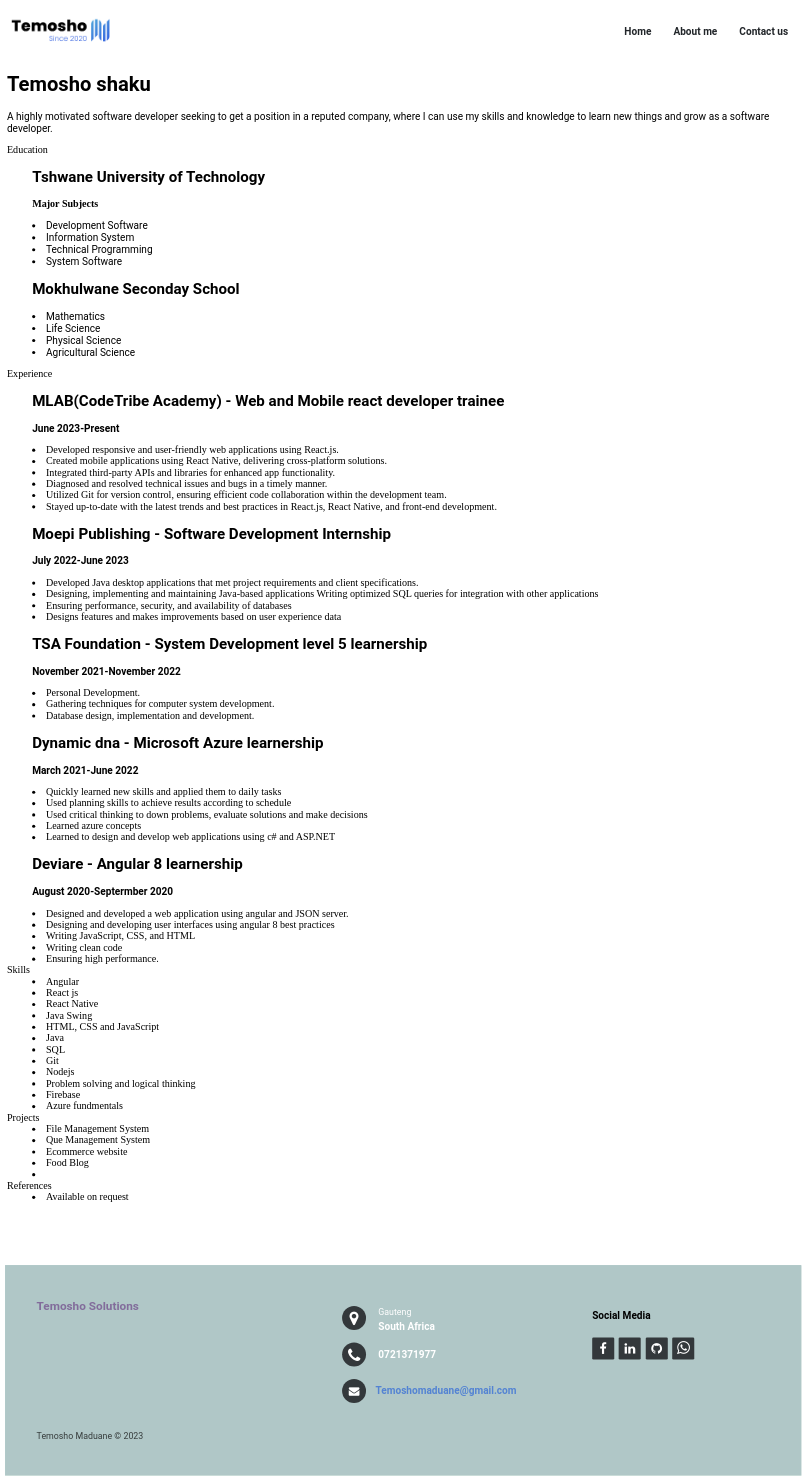
Repository: TemoshoS/T-Shaku
Page: about.html
These files come from the project's save history. The page is drawn as it stood at one moment and after the next save; the edit follows.
The browser window is 1280 px wide. The pictures show the whole page, at 63% of full size.
Pictures or frames that could not be fetched are drawn as grey boxes. Some web libraries are served in a nearby version.

Above is the page before, as saved 2023-09-28 15:31:02.

### about.html
<!DOCTYPE html>
<html>
<head>
    <title>
        about me
    </title>
    <link rel="stylesheet" href="http://maxcdn.bootstrapcdn.com/font-awesome/4.2.0/css/font-awesome.min.css">
    <link href="http://fonts.googleapis.com/css?family=Cookie" rel="stylesheet" type="text/css">
	  <link rel="stylesheet" href="./css/style.css">
    <link rel="stylesheet" href="https://cdnjs.cloudflare.com/ajax/libs/font-awesome/4.7.0/css/font-awesome.min.css">



</head>
<body>
  <header>
    <div>
      <table style="width: 100%;">
        <tr>
          <td>
            <a href="index.html">
              <img src="./images/logo.png" style="height: 50px;" alt="No logo" />
            </a>
          </td>
          <td align="right">
            <nav>
              <!-- Mobile Menu Icon -->
              <div class="menu-icon" onclick="toggleMenu()">
                <div class="bar"></div>
                <div class="bar"></div>
                <div class="bar"></div>
              </div>
              <!-- Navigation Links (Initially Hidden) -->
              <ul class="nav-links">
                <a href="index.html" class="nav-link"><b>Home</b></a>
                <a href="about.html" class="nav-link"><b>About me</b></a>
                <a href="contact.html" class="nav-link"><b>Contact us</b></a>
              </ul>
            </nav>
          </td>
        </tr>
      </table>
    </div>
  </header>



 <main>

  <table style="width: 100%;">
    <tr>
      <td>


        <h1 id="name"><b ></b></h1>

        <p id="bio"></p>


          <div class="clear"></div>

          <dl>
              <dt id="education"></dt>
              <dd>
                  <h2 id="school"></h2>
                  <b id="major"></b>
                  <p id="modules"></p>
              </dd>


              <dd>
                  <h2 id="secondary"></h2>
                  <p id="subjects"></p>
              </dd>


              <dt id="experience"></dt>
              <dd id="experiences"></dd>

              </dd>

              <dt id="skill"></dt>
              <dd id="skills">



              <dt id="project"></dt>
              <dd id="unfinishedprojects">

              </dd>

              <dt id="reference"></dt>
              <dd id="reference1"></dd>


          </dl>



      </div>
      </td>
    </tr>
  </table>
  </main>
  <footer class="footer-distributed">
    <div class="footer-left">

        <h3><span>Temosho Solutions</span></h3>
        <p class="footer-links">
          <iframe src="https://www.google.com/maps/embed?pb=!1m18!1m12!1m3!1d57373.12731923028!2d28.183328280934226!3d-26.00669819115315!2m3!1f0!2f0!3f0!3m2!1i1024!2i768!4f13.1!3m3!1m2!1s0x1e956bed9ab01b69%3A0xc853e498933bab2e!2sTembisa%2C%201632!5e0!3m2!1sen!2sza!4v1676883111483!5m2!1sen!2sza"  width="300" height="150" style="border:0;" allowfullscreen="" loping="lazy"></iframe>


        </p>


        <p class="footer-portfolio-name">Temosho Maduane &copy; 2023</p>
    </div>

    <div class="footer-center">

        <div>
            <i class="fa fa-map-marker"></i>
            <p><span>Gauteng</span>South Africa</p>
        </div>
        <div>
            <i class="fa fa-phone"></i>
            <p>0721371977</p>
        </p>

        </div>
        <div>

            <p><a href="temoshomaduane@gmail.com"><i class="fa fa-envelope"></i>Temoshomaduane@gmail.com</a>
            </p>
        </div>
    </div>

    <div class="footer-right">
            <p >
                Social Media
            </p>

            <div class="footer-icons">
                <a href="https://m.facebook.com/temosho.shaku"><i class="fa fa-facebook"></i></a>
                <a href="https://www.linkedin.com/mwlite/in/temosho-shaku-a2598917b"><i class="fa fa-linkedin"></i></a>
                <a href="https://github.com/TemoshoS"><i class="fa fa-github"></i></a>
                <a href="https://api.whatsapp.com/send?phone=27721371977">
                  <i style="font-size:24px" class="fa">&#xf232;</i>
              </a>


            </div>

    </div>
</footer>
<script src="./javascript/about.js"></script>
</body>
</html>

### css/style.css
/*Navigation bar*/
.nav-link {
	text-decoration: none;
	display: inline-block;
	padding: 13px 13px;
	color: #212529;
	margin-right: 5px;
  }

  .nav-link:hover {
	text-decoration:none;
	border-bottom: 2px solid #84e7ee;
  }


@import url("https://fonts.googleapis.com/css2?family=Roboto:wght@100&display=swap");
h1,
h2,
h3,
h4,
h5,
h6,
p,
a,
label,
address,
input {
	font-family: "Roboto", sans-serif;
}

/* CSS for Mobile Menu Icon */
.menu-icon {
    display: none; /* Initially hidden */
    cursor: pointer;
}

.menu-icon .bar {
    width: 25px;
    height: 3px;
    background-color: #212529;
    margin: 4px 0;
}

/* Add this to your style.css file */

.name{
font-family:Apple Chancery, cursive;
}

.description{
font-family:Courier New, monospace;
}
.img-profile {
    border-radius: 150px;
    object-fit: cover;
    border: 2px solid rgb(166, 233, 233);
    width: 300px;
    height: 300px;
}


/*button*/

.buttonmore {
	padding: 0.6em 2em;
	border: none;
	outline: none;
	color: rgb(255, 255, 255);
	cursor: pointer;
	position: relative;
	z-index: 0;
	border-radius: 10px;
	user-select: none;
	-webkit-user-select: none;
	touch-action: manipulation;
  }

  .buttonmore:before {
	content: "";
	background: linear-gradient(
	  45deg,
	  #ff0000,
	  #ff7300,
	  #fffb00,
	  #48ff00,
	  #00ffd5,
	  #002bff,
	  #7a00ff,
	  #ff00c8,
	  #ff0000
	);
	position: absolute;
	top: -2px;
	left: -2px;
	background-size: 400%;
	z-index: -1;
	filter: blur(5px);
	-webkit-filter: blur(5px);
	width: calc(100% + 4px);
	height: calc(100% + 4px);
	animation: glowing-button-85 20s linear infinite;
	transition: opacity 0.3s ease-in-out;
	border-radius: 10px;
  }

  @keyframes glowing-button-85 {
	0% {
	  background-position: 0 0;
	}
	50% {
	  background-position: 400% 0;
	}
	100% {
	  background-position: 0 0;
	}
  }

  .buttonmore:after {
	z-index: -1;
	content: "";
	position: absolute;
	width: 100%;
	height: 100%;
	background: #b0c7c7;
	left: 0;
	top: 0;
	border-radius: 10px;
  }
/*Contact form*/
.contactform {


	border-radius: 5px;
	background-color: #f2f2f2;
	padding: 20px;
	width: 400px;
	margin-left: auto;
	margin-right: auto;

}



.footer-distributed{
	background-color: #b0c7c7;
	box-shadow: 0 1px 1px 0 rgba(5, 110, 52, 0.12);
	box-sizing: border-box;
	width: 100%;
	text-align: left;
	font: bold 16px sans-serif;

	padding: 55px 50px;
	margin-top: 80px;
}

.footer-distributed .footer-left,
.footer-distributed .footer-center,
.footer-distributed .footer-right{
	display: inline-block;
	vertical-align: top;
}

.footer-distributed .footer-left{
	width: 40%;
}

.footer-distributed h3{
	color:  #ffffff;

	margin: 0;
}

.footer-distributed h3 span{
	color:  #826c9b;
}


.footer-distributed .footer-links{
	color:  #ffffff;
	margin: 20px 0 12px;
	padding: 0;
}

.footer-distributed .footer-links a{
	display:inline-block;
	line-height: 1.8;
	text-decoration: none;
	color:  inherit;
}

.footer-distributed .footer-portfolio-name{
	color:  #373d3d;
	font-size: 14px;
	font-weight: normal;
	margin: 0;
}


.footer-distributed .footer-center{
	width: 35%;
}

.footer-distributed .footer-center i{
	background-color:  #33383b;
	color: #ffffff;
	font-size: 25px;
	width: 38px;
	height: 38px;
	border-radius: 50%;
	text-align: center;
	line-height: 42px;
	margin: 10px 15px;
	vertical-align: middle;
}

.footer-distributed .footer-center i.fa-envelope{
	font-size: 17px;
	line-height: 38px;
}

.footer-distributed .footer-center p{
	display: inline-block;
	color: #ffffff;
	vertical-align: middle;
	margin:0;
}

.footer-distributed .footer-center p span{
	display:block;
	font-weight: normal;
	font-size:14px;
	line-height:2;
}

.footer-distributed .footer-center p a{
	color:  #5383d3;
	text-decoration: none;;
}

.footer-distributed .footer-right{
	width: 20%;
}

.footer-distributed .footer-portfolio-about{
	line-height: 20px;
	color:  #92999f;
	font-size: 13px;
	font-weight: normal;
	margin: 0;
}

.footer-distributed .footer-portfolio-about span{
	display: block;
	color:  #ffffff;
	font-size: 14px;
	font-weight: bold;
	margin-bottom: 20px;
}

.footer-distributed .footer-icons{
	margin-top: 25px;
}

.footer-distributed .footer-icons a{
	display: inline-block;
	width: 35px;
	height: 35px;
	cursor: pointer;
	background-color:  #33383b;
	border-radius: 2px;

	font-size: 20px;
	color: #ffffff;
	text-align: center;
	line-height: 35px;

	margin-right: 3px;
	margin-bottom: 5px;
}




@media (max-width: 880px) {

	.menu-icon {
        display: block; /* Display the icon for smaller screens */
    }

    .nav-links {
        display: none; /* Hide the navigation links for smaller screens */
    }

    /* Add additional styles for the navigation links when hidden */
    .nav-link {
        display: block;
        text-align: center;
        margin: 5px 0;
        padding: 10px;
    }



	.img-profile {
		border-radius: 100px;
		object-fit: cover;
		border: 1px solid rgb(166, 233, 233);
		width: 200px;
		height: 200px;
	}


	.footer-distributed{
		font: bold 14px sans-serif;

	}

	.footer-distributed .footer-left,
	.footer-distributed .footer-center,
	.footer-distributed .footer-right{
		display: block;
		width: 100%;
		margin-bottom: 40px;
		text-align: center;
	}

	.footer-distributed .footer-center i{
		margin-left: 0;
	}


}

### javascript/about.js
document.getElementById("name").innerHTML = "Temosho shaku";

document.getElementById("bio").innerHTML = "A highly motivated software developer seeking to get a position in a reputed company, where I can use my skills and knowledge to learn new things and grow as a software developer.";

document.getElementById("education").innerHTML = "Education";

document.getElementById("school").innerHTML = "Tshwane University of Technology";
document.getElementById("major").innerHTML = "Major Subjects";
document.getElementById("modules").innerHTML = "<li>Development Software </li><li> Information System </li><li> Technical Programming </li><li> System Software";

document.getElementById("secondary").innerHTML = "Mokhulwane Seconday School";
document.getElementById("subjects").innerHTML = "<li>Mathematics</li><li>Life Science </li><li> Physical Science </li><li> Agricultural Science";

document.getElementById("experience").innerHTML = "Experience";
document.getElementById("experiences").innerHTML = "<h2>MLAB(CodeTribe Academy)  - Web and Mobile react developer trainee</h2><p><b>June 2023-Present</b></p><li>Developed responsive and user-friendly web applications using React.js.</li><li>Created mobile applications using React Native, delivering cross-platform solutions.</li><li>Integrated third-party APIs and libraries for enhanced app functionality.</li><li>Diagnosed and resolved technical issues and bugs in a timely manner.</li><li>Utilized Git for version control, ensuring efficient code collaboration within the development team. </li><li>Stayed up-to-date with the latest trends and best practices in React.js, React Native, and front-end development.</li><h2>Moepi Publishing - Software Development Internship</h2><p><b>July 2022-June 2023</b></p><li>Developed Java desktop applications that met project requirements and client specifications.</li><li>Designing, implementing and maintaining Java-based applications Writing optimized SQL queries for integration with other applications</li><li>Ensuring performance, security, and availability of databases</li><li>Designs features and makes improvements based on user experience data</li><h2>TSA Foundation - System Development level 5 learnership</h2><p><b>November 2021-November 2022</b></p><li>Personal Development.</li><li>Gathering techniques for computer system development.</li><li>Database design, implementation and development.</li><h2>Dynamic dna - Microsoft Azure learnership</h2><p><b>March 2021-June 2022</b></p><li>Quickly learned new skills and applied them to daily tasks</li><li>Used planning skills to achieve results according to schedule</li><li>Used critical thinking to down problems, evaluate solutions and make decisions</li><li>Learned azure concepts</li><li>Learned to design and develop web applications using c# and ASP.NET</li><h2>Deviare - Angular 8 learnership</h2><p><b>August 2020-Septermber 2020</b></p><li>Designed and developed a web application using angular and JSON server.</li><li>Designing and developing user interfaces using angular 8 best practices</li><li>Writing JavaScript, CSS, and HTML</li><li>Writing clean code</li><li>Ensuring high performance.</li>";


document.getElementById("skill").innerHTML = "Skills";
document.getElementById("skills").innerHTML = "<li>Angular</li> <li>React js</li><li>React Native</li><li>Java Swing</li> <li>HTML, CSS and JavaScript</li> <li>Java</li> <li>SQL</li> <li>Git</li><li>Nodejs</li> <li>Problem solving and logical thinking</li> <li>Firebase</li> <li>Azure fundmentals</li>";


document.getElementById("project").innerHTML = "Projects";



document.getElementById("unfinishedprojects").innerHTML = "<li> File Management System</li><li> Que Management System </><li> Ecommerce website</li><li> Food Blog</li><li> </li>";


document.getElementById("reference").innerHTML = "References";
document.getElementById("reference1").innerHTML = "<li>Available on request</li>";

function toggleMenu() {
    var navLinks = document.querySelector('.nav-links');
    navLinks.style.display = navLinks.style.display === 'block' ? 'none' : 'block';
}

After the next save:
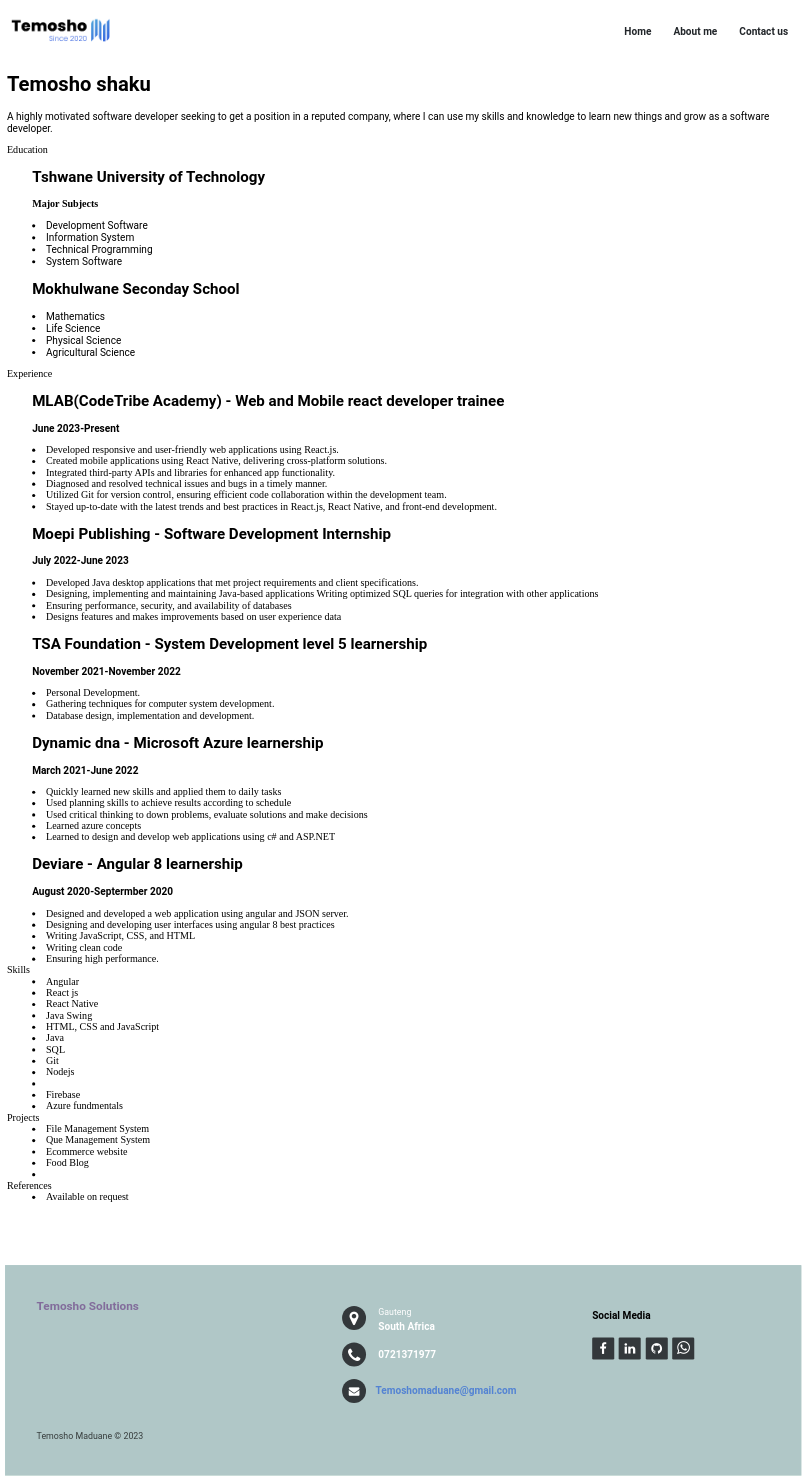
Saved 9 s later.
--- a/javascript/about.js
+++ b/javascript/about.js
@@ -16,7 +16,7 @@
 
 
 document.getElementById("skill").innerHTML = "Skills";
-document.getElementById("skills").innerHTML = "<li>Angular</li> <li>React js</li><li>React Native</li><li>Java Swing</li> <li>HTML, CSS and JavaScript</li> <li>Java</li> <li>SQL</li> <li>Git</li><li>Nodejs</li> <li>Problem solving and logical thinking</li> <li>Firebase</li> <li>Azure fundmentals</li>";
+document.getElementById("skills").innerHTML = "<li>Angular</li> <li>React js</li><li>React Native</li><li>Java Swing</li> <li>HTML, CSS and JavaScript</li> <li>Java</li> <li>SQL</li> <li>Git</li><li>Nodejs</li> <li></li> <li>Firebase</li> <li>Azure fundmentals</li>";
 
 
 document.getElementById("project").innerHTML = "Projects";
